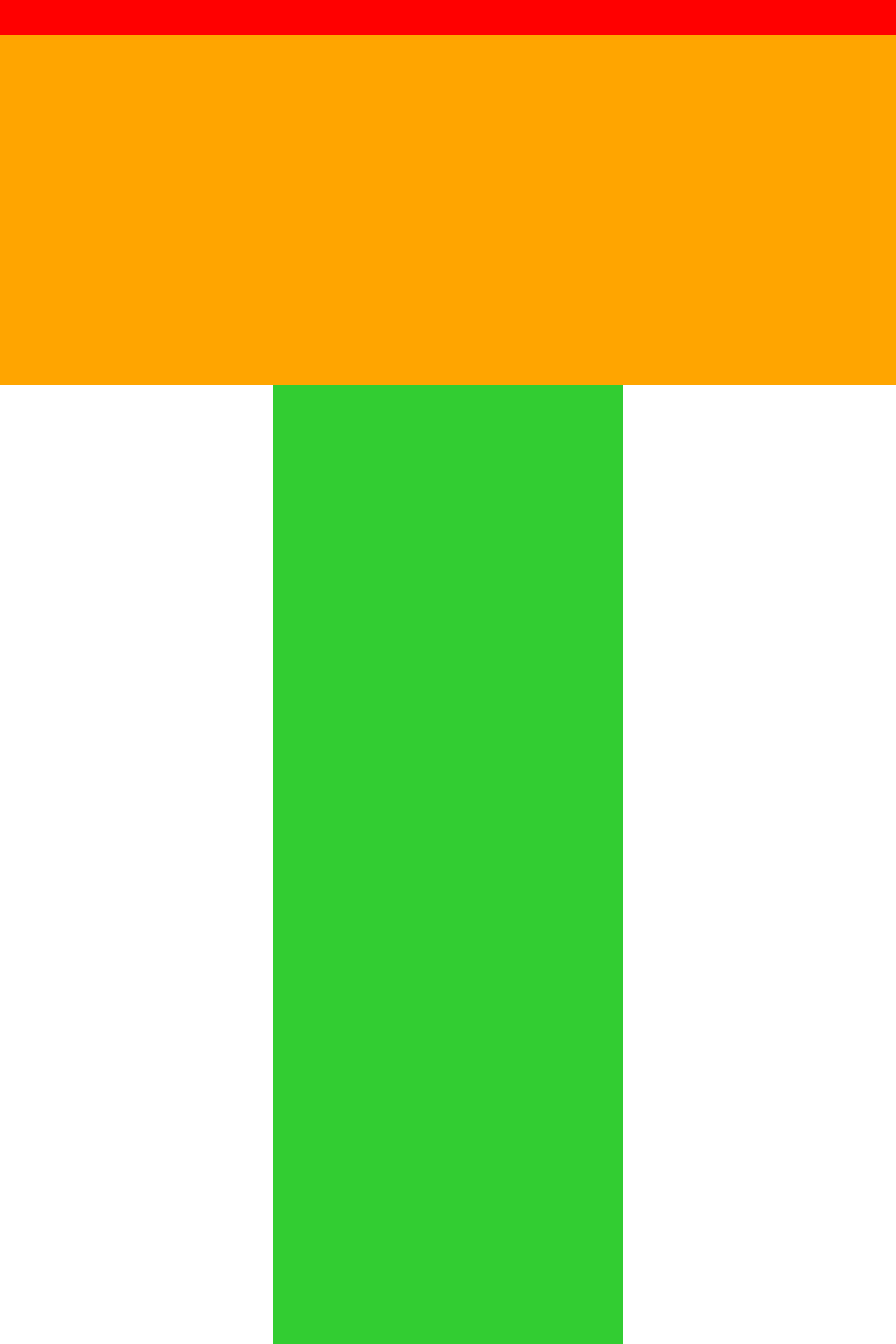
Repository: yesohnuki/shinya-ohnuki
Page: caravan/chapter4_exercise.html
The author's editor kept a record of every edit. The page is drawn from the files as they stood at one moment, then again after the next edit.
The browser window is 1280 px wide. The pictures show the part of the page from y = 0 to 1920 px (the page is 3450 px tall), at 70% of full size.

Above is the page before.

### caravan/chapter4_exercise.html
<!DOCTYPE html>
<html lang="ja">
  <head>
    <meta charset="UTF-8" />
    <link rel="stylesheet" href="chapter4_exercise.css"/>
    <title>CARAVAN</title>
  </head>

<body>
    <div class="header"></div>

    <div class="main-visual"></div>

    <div class="main"></div>
    <div class="brog"></div>
    <div class="sidebar"></div>

    <div class="footer"></div>
 </body>
</html>

### caravan/chapter4_exercise.css
* {
  margin: 0;
  padding: 0;
  box-sizing: border-box;
}

.header {
  width: 100%;
  height: 50px;
  background-color: red;
}

.main-visual {
  width: 100%;
  height: 500px;
  background-color: orange;
}

.main {
  width: 500px;
  height: 1400px;
  background-color: limegreen;
  margin: 0 auto;
}

.footer {
  width: 100%;
  height: 100px;
  background-color: blue;
}

.brog {
  width: 230px;
  height: 1400px;
  background-color: limegreen;
}

After the next edit:
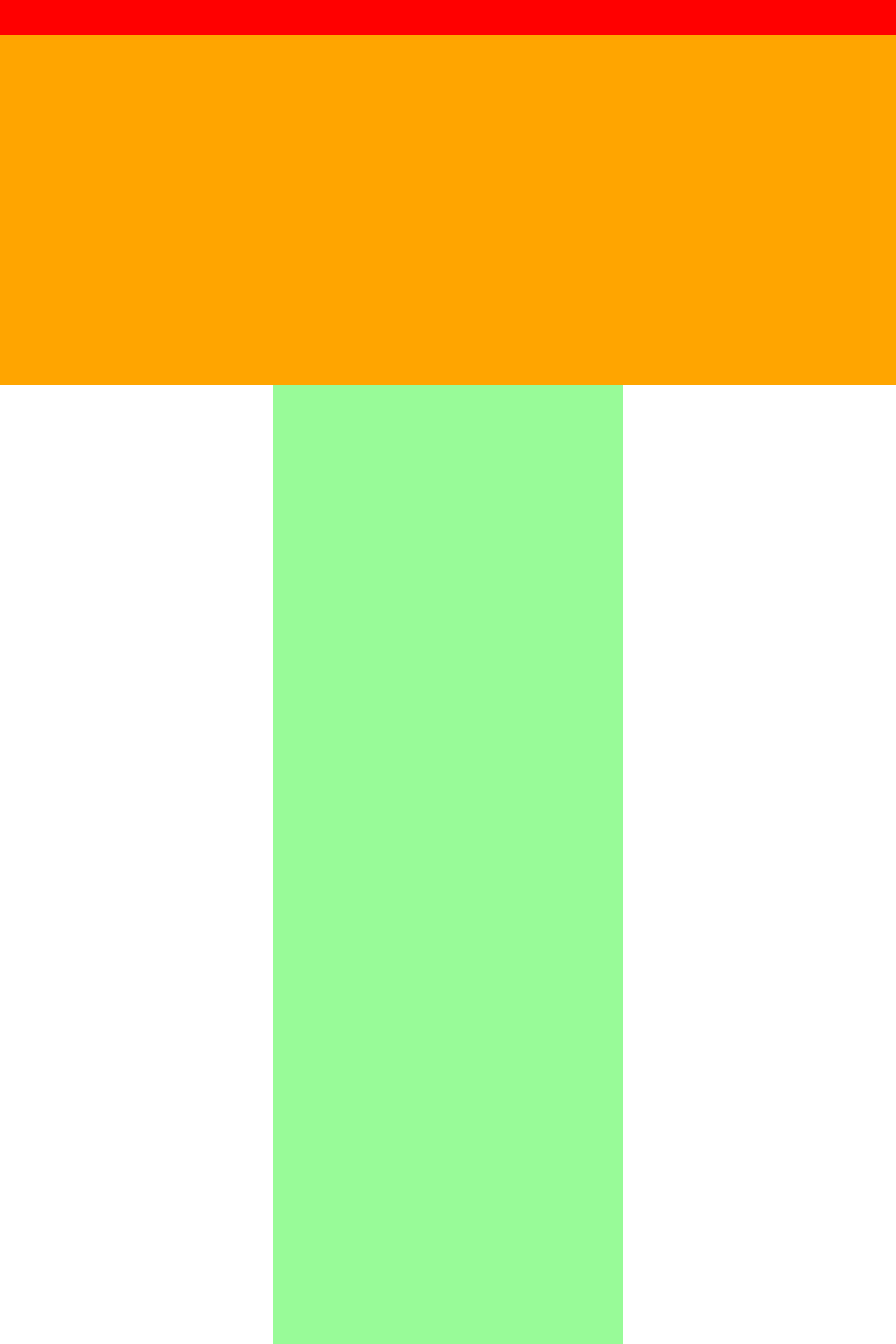
The edit:
--- a/caravan/chapter4_exercise.css
+++ b/caravan/chapter4_exercise.css
@@ -19,7 +19,7 @@
 .main {
   width: 500px;
   height: 1400px;
-  background-color: limegreen;
+  background-color: palegreen;
   margin: 0 auto;
 }
 
